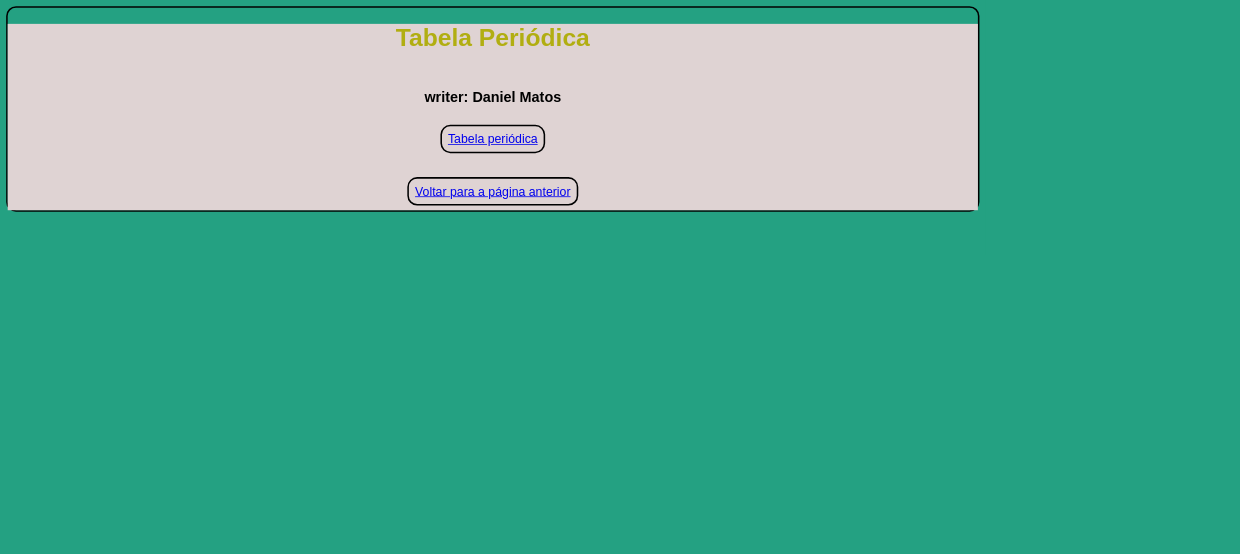
Repository: batmit/FutureFundation.github.io-1
Page: menu/articles/ciencias/tabela.html
The author's editor kept a copy of each file at every save. The page is drawn from the files as they stood at one save, then again after the next save.
The browser window is 1280 px wide. The page is 1280 px wide, then 1610 px, so the pictures cover 1610 px, including what lies to the right of the window. The pictures show the whole page, at 77% of full size.

Above is the page before, as saved 2021-10-25 15:09:08.

After the next save:
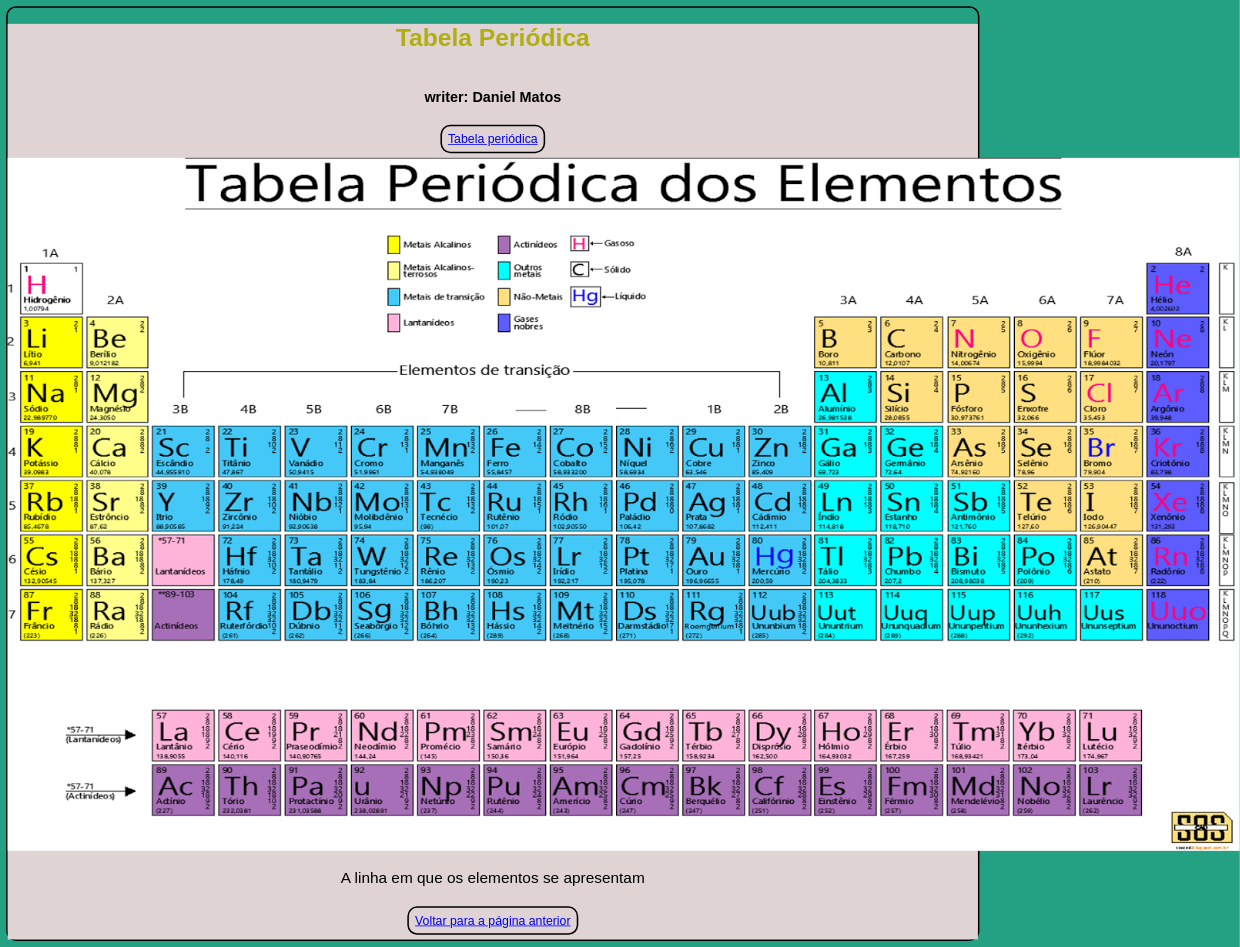
Saved 109 s later.
--- a/menu/articles/ciencias/tabela.html
+++ b/menu/articles/ciencias/tabela.html
@@ -14,8 +14,8 @@
             <h3>writer: Daniel Matos</h3>
         </header>
         <a href="./tabela-periodica.pdf">Tabela periódica</a>
-
-        <p></p>
+        <img src="./tabela.png" alt="tabela periódica">
+        <p>A linha em que os elementos se apresentam</p>
 
 
         <a href="./ciencias.html">Voltar para a página anterior</a>
